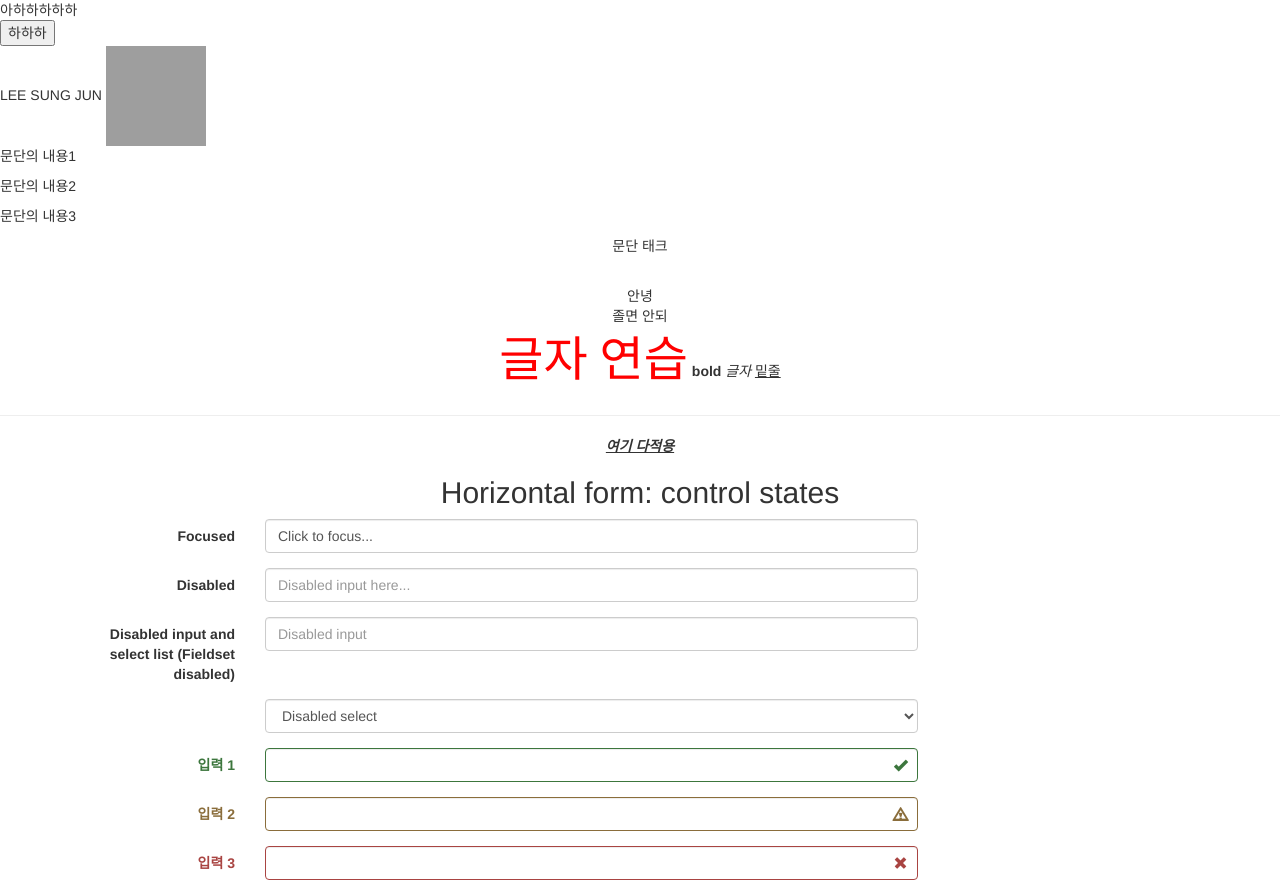
Repository: poomshen/team_03_project2
Page: WebBasic/WebContent/Ex01_Basic.html
These files come from the project's save history. The page is drawn as it stood at one moment and after the next save; the edit follows.
The browser window is 1280 px wide. The pictures show the whole page.
Pictures or frames that could not be fetched are drawn as grey boxes.

Above is the page before, as saved 2016-08-26 06:20:01.

### WebBasic/WebContent/Ex01_Basic.html
<!DOCTYPE html>
<html>
<head>
<meta charset="UTF-8">
  <meta name="viewport" content="width=device-width, initial-scale=1">
  <link rel="stylesheet" href="http://maxcdn.bootstrapcdn.com/bootstrap/3.3.7/css/bootstrap.min.css">
  <script src="https://ajax.googleapis.com/ajax/libs/jquery/1.12.4/jquery.min.js"></script>
  <script src="http://maxcdn.bootstrapcdn.com/bootstrap/3.3.7/js/bootstrap.min.js"></script>
<title>Insert title here</title>
</head>
<body>
	<div>
		아하하하하하
	</div>
	<form action="">
	<button> 하하하</button>
	</form>
	LEE SUNG JUN
	<!--
		절대경로 :c://~ , D://~
		상대경로 : Ex010_basic.html 중심
	 -->
	<img  alt="이미지 파일 깨질시 대체 문자" src="images/noun_103664_cc.png" width="100" height="100">

	<p title= "문단 태그 입니다.">
			문단의 내용1
	</p>
	<p title= "문단 태그 입니다.">
			문단의 내용2
	</p>
	<p title= "문단 태그 입니다.">
			문단의 내용3
	</p>

	<div align="center" id="d">
	<p>문단 태크<p>
	<br>
	안녕
	<br>
	졸면 안되
	<br>

	<font color = "red" size="10px" face="명조체" > 글자 연습</font>
	<b>bold</b>
	<i>글자</i>
	<u>밑줄</u>
	<hr>
	<b><i><u> 여기 다적용</u></i></b>


	</div>

    <div class="container" align="center">
  <h2>Horizontal form: control states</h2>
  <form class="form-horizontal">
    <div class="form-group">
      <label class="col-sm-2 control-label">Focused</label>
      <div class="col-sm-7">
        <input class="form-control" id="focusedInput" type="text" value="Click to focus...">
      </div>
    </div>
    <div class="form-group">
      <label for="inputPassword" class="col-sm-2 control-label">Disabled</label>
      <div class="col-sm-7">
        <input class="form-control" id="disabledInput" type="text" placeholder="Disabled input here..." >
      </div>
    </div>
    <fieldset >
      <div class="form-group">
        <label for="disabledTextInput" class="col-sm-2 control-label">Disabled input and select list (Fieldset disabled)</label>
        <div class="col-sm-7">
          <input type="text" id="disabledTextInput" class="form-control" placeholder="Disabled input">
        </div>
      </div>
      <div class="form-group">
        <label for="disabledSelect" class="col-sm-2 control-label"></label>
        <div class="col-sm-7">
          <select id="disabledSelect" class="form-control">
            <option>Disabled select</option>
          </select>
        </div>
      </div>
    </fieldset>
    <div class="form-group has-success has-feedback">
      <label class="col-sm-2 control-label" for="inputSuccess">입력 1</label>
      <div class="col-sm-7">
        <input type="text" class="form-control" id="inputSuccess" >
        <span class="glyphicon glyphicon-ok form-control-feedback"></span>
      </div>
    </div>
    <div class="form-group has-warning has-feedback">
      <label class="col-sm-2 control-label" for="inputWarning">입력 2</label>
      <div class="col-sm-7">
        <input type="text" class="form-control" id="inputWarning">
        <span class="glyphicon glyphicon-warning-sign form-control-feedback"></span>
      </div>
    </div>
    <div class="form-group has-error has-feedback">
      <label class="col-sm-2 control-label" for="inputError">입력 3</label>
      <div class="col-sm-7">
        <input type="text" class="form-control" id="inputError">
        <span class="glyphicon glyphicon-remove form-control-feedback"></span>
      </div>
    </div>
  </form>
</div>


</body>
</html>

After the next save:
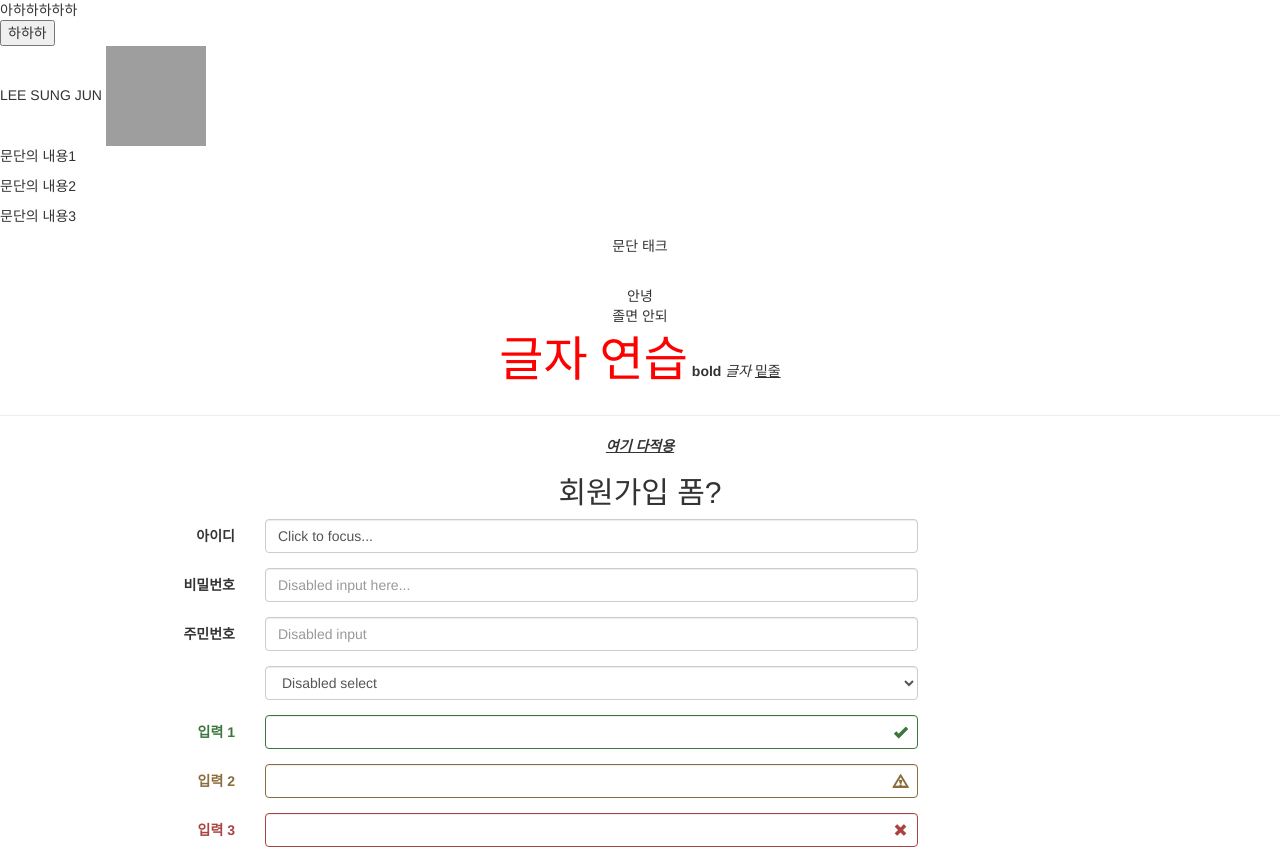
Saved 97 s later.
--- a/WebBasic/WebContent/Ex01_Basic.html
+++ b/WebBasic/WebContent/Ex01_Basic.html
@@ -51,23 +51,23 @@
 	</div>
 
     <div class="container" align="center">
-  <h2>Horizontal form: control states</h2>
+  <h2>회원가입 폼?</h2>
   <form class="form-horizontal">
     <div class="form-group">
-      <label class="col-sm-2 control-label">Focused</label>
+      <label class="col-sm-2 control-label">아이디</label>
       <div class="col-sm-7">
         <input class="form-control" id="focusedInput" type="text" value="Click to focus...">
       </div>
     </div>
     <div class="form-group">
-      <label for="inputPassword" class="col-sm-2 control-label">Disabled</label>
+      <label for="inputPassword" class="col-sm-2 control-label">비밀번호</label>
       <div class="col-sm-7">
         <input class="form-control" id="disabledInput" type="text" placeholder="Disabled input here..." >
       </div>
     </div>
     <fieldset >
       <div class="form-group">
-        <label for="disabledTextInput" class="col-sm-2 control-label">Disabled input and select list (Fieldset disabled)</label>
+        <label for="disabledTextInput" class="col-sm-2 control-label">주민번호</label>
         <div class="col-sm-7">
           <input type="text" id="disabledTextInput" class="form-control" placeholder="Disabled input">
         </div>
